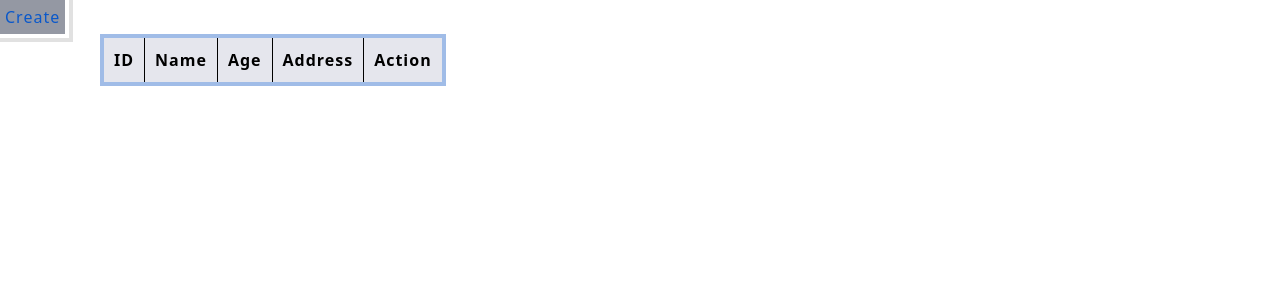
Repository: minhtuan16/JS-Basic
Page: CRUD-Department/users.html
These files come from the project's save history. The page is drawn as it stood at one moment and after the next save; the edit follows.
The browser window is 1280 px wide. The pictures show the whole page.

Above is the page before, as saved 2022-06-09 00:18:24.

### CRUD-Department/users.html
<!DOCTYPE html>
<html lang="en">
<head>
    <meta charset="UTF-8">
    <meta http-equiv="X-UA-Compatible" content="IE=edge">
    <meta name="viewport" content="width=device-width, initial-scale=1.0">
    <link rel="stylesheet" href="https://cdnjs.cloudflare.com/ajax/libs/font-awesome/4.7.0/css/font-awesome.min.css">
    <link href="https://cdn.jsdelivr.net/npm/bootstrap@5.1.3/dist/css/bootstrap.min.css" rel="stylesheet" integrity="sha384-1BmE4kWBq78iYhFldvKuhfTAU6auU8tT94WrHftjDbrCEXSU1oBoqyl2QvZ6jIW3" crossorigin="anonymous">
    <link rel="stylesheet" href="styles/style.css">
    <!-- <link rel="stylesheet" href="styles/search.css"> -->
    <title>Users</title>
</head>
<body>
    <a href="create.html">Create</a>
    <div>
        <table border="1px">
            <tr>
                <td>ID</td>
                <td>Name</td>
                <td>Age</td>
                <td>Address</td>
                <td>Action</td>
            </tr>

            <tbody id="tableBody">

            </tbody>
        </table>
    </div>
    <script src="scripts/create.js"></script>
</body>
</html>

### CRUD-Department/styles/style.css
/* Global */
.control{
    width: 50%;
}
.error{
    border: 2px solid red;
}
html{
    font-family: Verdana, Geneva, Tahoma, sans-serif;
    letter-spacing: 1px;
}
h2{
    text-align: center;
}
body{
    /* background-color: #141E61; */
    color: #000000;
}
/* Nav */
a {
    display: inline-block;
    text-decoration: none;
    color: black;
    padding: 5px;
    background-color: #9498a3;
    vertical-align: middle;
    -webkit-transform: perspective(1px) translateZ(0);
    transform: perspective(1px) translateZ(0);
    box-shadow: 0 0 1px rgba(0, 0, 0, 0);
    position: relative;
}

a:before {
    content: '';
    position: absolute;
    border: #e1e1e1 solid 4px;
    top: 0;
    right: 0;
    bottom: 0;
    left: 0;
    -webkit-transition-duration: 0.3s;
    transition-duration: 0.3s;
    -webkit-transition-property: top, right, bottom, left;
    transition-property: top, right, bottom, left;
}

a:hover:before,
a:focus:before,
.a:active:before {
    top: -8px;
    right: -8px;
    bottom: -8px;
    left: -8px;
}

/* Index */
#sign-in {
    border: #0F044C solid 3px;
    background-color: #1225ee34;
    box-shadow: 5px 5px 5px #0F044C;
    padding-left: 20%;
    padding-bottom: 20%;
    width: 20rem;
    margin-left: 20%;
    border-radius: 30px;
}

/* Register */
.nav-btn {
    margin-left: 20px;
    margin-top: 20px
}

h2 {
    margin-left: 38%;
    margin-top: 60px;
}

#registerForm {
    border: #0F044C solid 3px;
    background-color: #8f92b434;
    box-shadow: 5px 5px 5px #5c5a68;
    padding-left: 18%;
    padding-bottom: 2%;
    width: 50%;
    margin-left: 45%;
    border-radius: 30px;
    margin-top: 20px;
}

#btnSave {
    margin-left: 50%;
    margin-top: 20px;
}

#btnUpdate {
    margin-left: 50%;
    margin-top: 20px;
}

/* Users */
table {
    border: #a0bce7 4px solid;
    background-color: #8184a734;
    margin-top: 0px;
    margin-left: 100px;
}

/* h1 {
    margin-top: -450px;
} */
table form input {
    margin-left: 100px;
}

table td {
    border: #000000 1px solid;
    text-align: center;
    font-weight: 900;
    padding: 10px;
}

td {
    font-weight: 100;
    border: #e1e1e1 solid 1px;
    padding: 5px;
}

### CRUD-Department/scripts/create.js

var data = [
    {id: 1, name: "xyz1", age: 18, address: "hn"},
    {id: 2, name: "xyz2", age: 20, address: "hn"},
    {id: 3, name: "xyz3", age: 21, address: "hn"}
]

function drawTable(person) {
    var tr = document.createElement("tr");
    var tdid = document.createElement("td");
    var tdName = document.createElement("td");
    var tdAge = document.createElement("td");
    var tdAddress = document.createElement("td");
    var tdOption = document.createElement("td");

    var editBtn = document.createElement("button");
    var deleteBtn = document.createElement("button");

    editBtn.innerText = 'Edit';
    deleteBtn.innerText = 'Delete';

    tdOption.appendChild(editBtn);
    tdOption.appendChild(deleteBtn);

    //bat su kien edit
    editBtn.onclick = function() {
        editPerson(person.id);
    }

    //bat su kien edit
    deleteBtn.onclick = function() {
        deletePerson(person.id);
    }

    tdid.innerHTML = person.id;
    tdName.innerHTML = person.name;
    tdAge.innerHTML = person.age;
    tdAddress.innerHTML = person.address;

    tr.appendChild(tdid);
    tr.appendChild(tdName);
    tr.appendChild(tdAge);
    tr.appendChild(tdAddress);
    tr.appendChild(tdOption)

    var tableBody = document.getElementById("tableBody");
    tableBody.appendChild(tr);
}

function resetDrawTable(persons) {
    var tableBody = document.getElementById("tableBody");
    tableBody.innerHTML = "";

    for (var i = 0; i < persons.length; i++) {
        drawTable(persons[i]);
    }
}

// resetDrawTable(data)
function create() {
    var idIp = document.getElementById("id");
    var nameIp = document.getElementById("name");
    var ageIp = document.getElementById("age");
    var addressIp = document.getElementById("address");


    var id = idIp.value;
    var name = nameIp.value;
    var age = ageIp.value;
    var address = addressIp.value;

    if (id.length > 0 && name.length > 0 && age.length > 0 && address.length > 0) {
        var p = {id: id, name: name, age: age, address: address};

        data.push(p);

        resetDrawTable(data);

        alert('Create Success');
    } else {
        alert('Dien day du thong tin');
    }
}

function editPerson(id) {
    var index = data.findIndex(x => x.id == id);
    let person = data[index];

    var idIp = document.getElementById("id");
    var nameIp = document.getElementById("name");
    var ageIp = document.getElementById("age");
    var addressIp = document.getElementById("address");

    idIp.value = person.id;
    nameIp.value = person.name;
    ageIp.value = person.age;
    addressIp.value = person.address;

    document.getElementById("btnUpdate").style.display = 'block';
    document.getElementById("btnSave").style.display = 'none';
}

function update() {
    var idIp = document.getElementById("id");
    var nameIp = document.getElementById("name");
    var ageIp = document.getElementById("age");
    var addressIp = document.getElementById("address");

    var id = idIp.value;
    var name = nameIp.value;
    var age = ageIp.value;
    var address = addressIp.value;

    var index = data.findIndex(x => x.id == id);

    if (id.length > 0 && name.length > 0 && age.length > 0 && address.length > 0) {
        data[index] = {id: id, name: name, age: age, address: address};

        resetDrawTable(data);
        alert('Create Success');
    } else {
        alert('Dien day du thong tin');
    }
    document.getElementById("btnUpdate").style.display = 'none';
    document.getElementById("btnSave").style.display = 'block';
}

function deletePerson(id) {
    var newData = data.filter(x => x.id != id);

    data = newData;

    resetDrawTable(data);

}

After the next save:
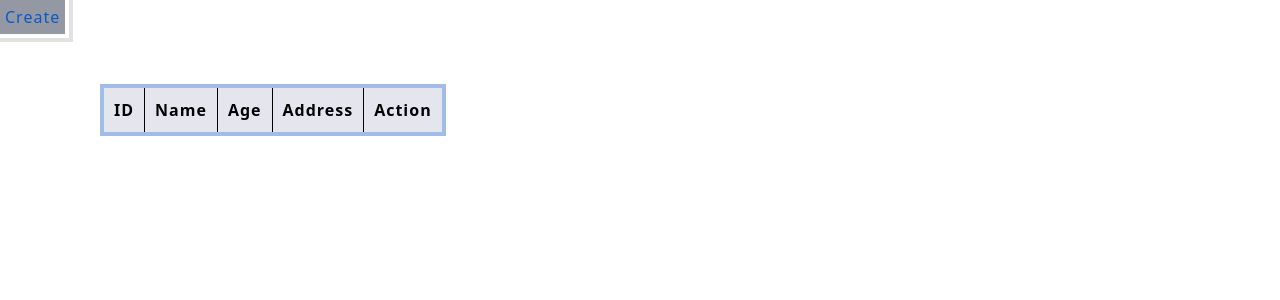
Saved 20 s later.
--- a/CRUD-Department/styles/style.css
+++ b/CRUD-Department/styles/style.css
@@ -102,7 +102,7 @@ h2 {
 table {
     border: #a0bce7 4px solid;
     background-color: #8184a734;
-    margin-top: 0px;
+    margin-top: 50px;
     margin-left: 100px;
 }
 
